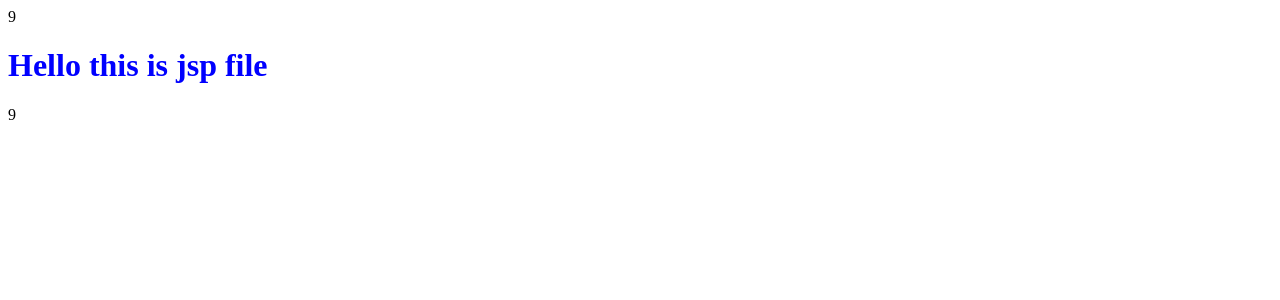
Repository: Suknaina/Repo
Page: http://localhost/jsp_demo/Sample.jsp
An editor plug-in stored every save of this project. The page is shown before and after the next save, followed by the edit.
The browser window is 1280 px wide. The pictures show the whole page.
The page is served by Tomcat 9.

Above is the page before, as saved 2023-05-19 05:21:05.

After the next save:
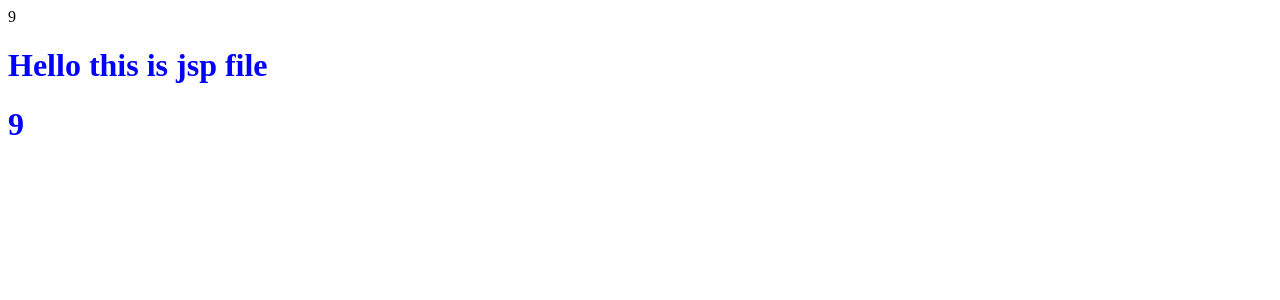
Saved 63 s later.
--- a/jsp_demo/src/main/webapp/Sample.jsp
+++ b/jsp_demo/src/main/webapp/Sample.jsp
@@ -30,6 +30,7 @@ void add()
 }
 %>
 <% response.getWriter().print(a); %>
-<%out.print(a); %>
+<h1><%out.print(a); %></h1>
+
 </body>
 </html>
